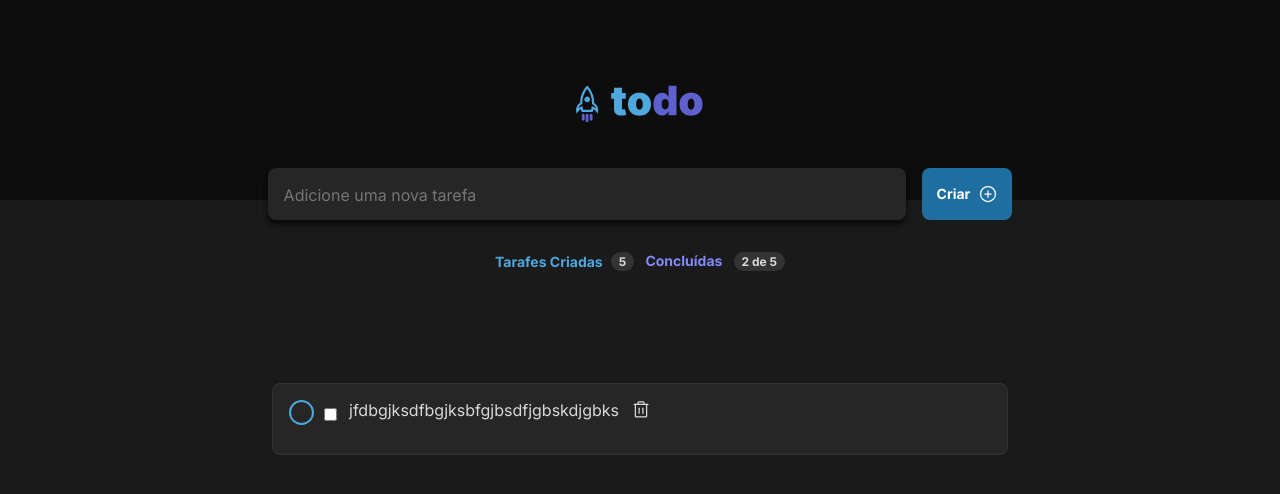
Repository: guilhermecardoso93/todolistreact
Page: /
The author's editor kept a copy of each file at every save. The page is drawn from the files as they stood at one save, then again after the next save.
The browser window is 1280 px wide. The pictures show the whole page.
The project was rebuilt for these pictures with package versions that can differ from the ones it lists, and the page was loaded fresh each time. Also part of the build but not shown: vite.config.ts.

Above is the page before, as saved 2022-07-04 22:57:03.

### index.html
<!DOCTYPE html>
<html lang="en">
  <head>
    <meta charset="UTF-8" />
    <link rel="icon" type="image/svg+xml" href="/src/favicon.svg" />
    <link rel="preconnect" href="https://fonts.googleapis.com" />
    <link rel="preconnect" href="https://fonts.gstatic.com" crossorigin />
    <meta name="viewport" content="width=device-width, initial-scale=1.0" />
    <link
      href="https://fonts.googleapis.com/css2?family=Inter:wght@400;500;600;700&display=swap"
      rel="stylesheet"
    />
    <title>to do list</title>
  </head>
  <body>
    <div id="root"></div>
    <script type="module" src="/src/main.tsx"></script>
  </body>
</html>

### src/App.tsx
import "./global.css";
import { Header } from "./Header";
import { Tasks } from "./Tasks";

function App() {
  return (
    <>
      <Header />
      <Tasks/>
    </>
  );
}

export default App;

### src/global.css
:root {
  --white: #fff;

  --gray-100: #f2f2f2;
  --gray-100: #d9d9d9;
  --gray-300: #808080;
  --gray-400: #333333;
  --gray-500: #262626;
  --gray-600: #1a1a1a;
  --gray-700: #0d0d0d;

  --danger: #e25858;

  --purple: #828afa;
  --purple-dark: #5e60ce;

  --blue: #4ea8de;
  --blue-dark: #1e6f9f;
}

* {
  margin: 0;
  padding: 0;
  box-sizing: border-box;
}

body {
  -webkit-font-smoothing: antialiased;
  background: var(--gray-600);
}

body,
textarea,
button,
input {
  font-family: "Inter", sans-serif;
}

### src/Header.tsx
import  Logo  from "./assets/logo.svg";

import styles from "./Header.module.css";

export function Header() {
  return (
    <header className={styles.header}>
      <img src={Logo} alt='logo' className={styles.logo}/>
    </header>
  );
}

### src/Tasks.tsx
import { PlusCircle, Trash } from "phosphor-react";
import { TaskList } from "./TasksList";
import { useState, ChangeEvent } from "react";

import styles from "./Tasks.module.css";

interface TaskProps {
  id: number;
  tasksText: string;
}

interface TaskDelete {
  task: string;
  onDeleteTask: (comment: string) => void;
}

export function Tasks() {
  const [task, setTask] = useState<string>("");
  const [todoList, setTodoList] = useState<TaskProps[]>([]);

  function handleNewTask(event: ChangeEvent<HTMLTextAreaElement>) {
    event.preventDefault();
    setTask(event.target.value);
  }

  function addTask() {
    const idRandom = (num: number) => Math.floor(Math.random() * num);
    const newTask = { id: idRandom(9999999), tasksText: task };

    setTodoList([...todoList, newTask]);
  }

  //function handleDeleteTask<TaskDelete>() {
  //  onDeleteTask(tasksText);
  //}

  return (
    <>
    <div className={styles.mainThing}>
    <form className={styles.container}>
        <textarea
          placeholder="Adicione uma nova tarefa"
          name="task"
          value={task}
          onChange={handleNewTask}
          required
        />

        <button type="submit" onClick={addTask}>
          Criar <PlusCircle size={20} />{" "}
        </button>
      </form>
      <div className={styles.content}>
          <div className={styles.titles}>
            <div className={styles.titlesMake}>
              <p className={styles.titlesMakeTitle}>Tarafes Criadas</p>
              <p className={styles.titlesMakeTitleNumber}> 5 </p>
            </div>
            <div className={styles.titles}>
              <p className={styles.titlesDoneTitle}>Concluídas</p>
              <p className={styles.titlesDoneTitleNumber}> 2 de 5 </p>
            </div>
          </div>
      </div>

      <div>
        <div>
          <div className={styles.tasksList}>
            <div className={styles.tasksListItem}>
              <div>
                <label className={styles.containerList}>
                  <input type="checkbox" />
                  <span className={styles.checkmark} />
                </label>
              </div>
              <div>
                <p>jfdbgjksdfbgjksbfgjbsdfjgbskdjgbks</p>
              </div>
              <div>
                <button className={styles.delete}>
                  <Trash size={20} />{" "}
                </button>
              </div>
            </div>
          </div>
        </div>
      </div>
    </div>
    </>
  );
}

### src/Header.module.css
.header {
  height: 12.5rem;
  background: var(--gray-700);
  display: flex;
  justify-content: center;
  align-items: center;
}

.logo {
  height: 4rem;
  width: 8rem;
}

### src/Tasks.module.css
.mainThing{
  display:flex;
  flex-direction: column;
  margin: auto;
  align-items:center;
  justify-content: center;
}

.content {
  display: flex;
  flex-direction: row;
  align-items: center;
  justify-content: center;
  margin: auto;
  margin-bottom: 5rem;

  width: 736px;
  gap: 4rem;
}

.titles {
  display: flex;
  align-itens: center;
  justify-content: space-between;
  gap: 0.7rem;
}

.titlesMake,
.titleDone {
  display: flex;
  flex-direction: row;
  justify-content: center;
  align-items: center;
  gap: 0.5rem;
}
.titlesMakeTitle {
  color: var(--blue);
  font-weight: bold;
  font-weight: 700;
  font-size: 14px;
  line-height: 17px;
}

.titlesDoneTitle {
  color: var(--purple);
  font-weight: bold;
  font-weight: 700;
  font-size: 14px;
  line-height: 17px;
}

.titlesMakeTitleNumber,
.titlesDoneTitleNumber {
  display: flex;
  flex-direction: column;
  justify-content: center;
  align-items: center;

  width: auto;
  padding: 2px 8px;
  height: 19px;

  background: var(--gray-400);
  color: var(--gray-100);
  border-radius: 999px;

  font-style: normal;
  font-weight: 700;
  font-size: 12px;
  line-height: 15px;
}


.container {
  display:flex;
  align-items: center;
  justify-content: center;
  margin-top: -2rem;
  margin-bottom: 2rem;
  gap: 1rem;

}

.container textarea {
  background-color: var(--gray-500);
  color: var(--gray-300);
  width: 39.93rem;
  height: 3.25rem;
  padding: 1rem;

  overflow: hidden;
  resize: none;

  font-style: normal;
  font-weight: 400;
  font-size: 1rem;
  line-height: 140%;

  border: 1px solid var(--grey-700);
  box-shadow: 0px 4px 4px rgba(0, 0, 0, 0.25), 0px 4px 4px rgba(0, 0, 0, 0.25),
    0px 4px 4px rgba(0, 0, 0, 0.25);
  border-radius: 8px;
}

.container textarea:focus {
  color: var(--gray-100);
}

.container button {
  background: var(--blue-dark);
  color: var(--white);
  gap: 0.5rem;
  display: flex;
  align-items: center;
  justify-content: center;
  border-radius: 8px;
  height: 3.25rem;
  width: 5.62rem;
  border: none;

  font-style: normal;
  font-weight: 700;
  font-size: 14px;
  line-height: 140%;
  cursor: pointer;

  transition: 0.2s;
}

.container button:hover {
  background: var(--blue);
}


.tasksList {
  display: flex;
  flex-direction: column;
  gap: 1rem;

  margin-top: 2rem;
}

.tasksListItem {
  display: flex;
  flex-direction: row;
  align-items: flex-start;
  padding: 16px;
  gap: 12px;

  border: 1px solid #333333;
  box-shadow: 0px 2px 8px rgba(0, 0, 0, 0.06);
  border-radius: 8px;
  background: var(--gray-500);
  color: var(--gray-100);

  width: 736px;
  height: 72px;
}

.delete {
  background: none;
  border: none;
  color: var(--gray-100);
  cursor: pointer;

  transition: 0.2s;
}

.delete:hover {
  color: var(--danger);
}

.containerList {
  display: block;
  position: relative;
  padding-left: 35px;
  margin-bottom: 12px;
  cursor: pointer;
  font-size: 22px;
  -webkit-user-select: none;
  -moz-user-select: none;
  -ms-user-select: none;
  user-select: none;
}

.container input {
  position: absolute;
  opacity: 0;
  cursor: pointer;
  height: 0;
  width: 0;
}

.checkmark {
  position: absolute;
  top: 0;
  left: 0;
  height: 25px;
  width: 25px;
  background-color: none;
  border-radius: 50%;
  border: 2px solid var(--blue);

  transition: 0.2s;
}

.container:hover input ~ .checkmark {
  background-color: var(--purple);
  border: 2px solid var(--purple);
}

.container input:checked ~ .checkmark {
  background-color: var(--purple);
  border: 2px solid var(--purple);
}

.checkmark:after {
  content: "";
  position: absolute;
  display: none;
}

.container input:checked ~ .checkmark:after {
  display: block;
}

.container .checkmark:after {
  align-itens:center;
  left: 6px;
  top:3px;
  width: 5px;
  height: 10px;
  border: solid white;
  border-width: 0 3px 3px 0;
  -webkit-transform: rotate(45deg);
  -ms-transform: rotate(45deg);
  transform: rotate(45deg);
}

Loaded but not shown: src/main.tsx (common file)

After the next save:
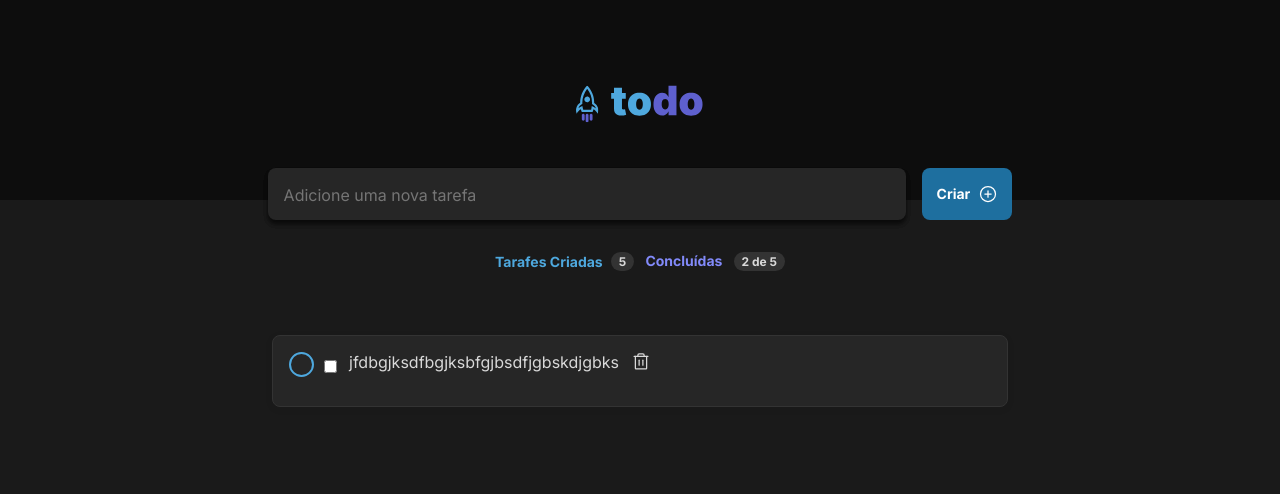
Saved 13 s later.
--- a/src/Tasks.module.css
+++ b/src/Tasks.module.css
@@ -12,7 +12,7 @@
   align-items: center;
   justify-content: center;
   margin: auto;
-  margin-bottom: 5rem;
+  margin-bottom: 2rem;
 
   width: 736px;
   gap: 4rem;
